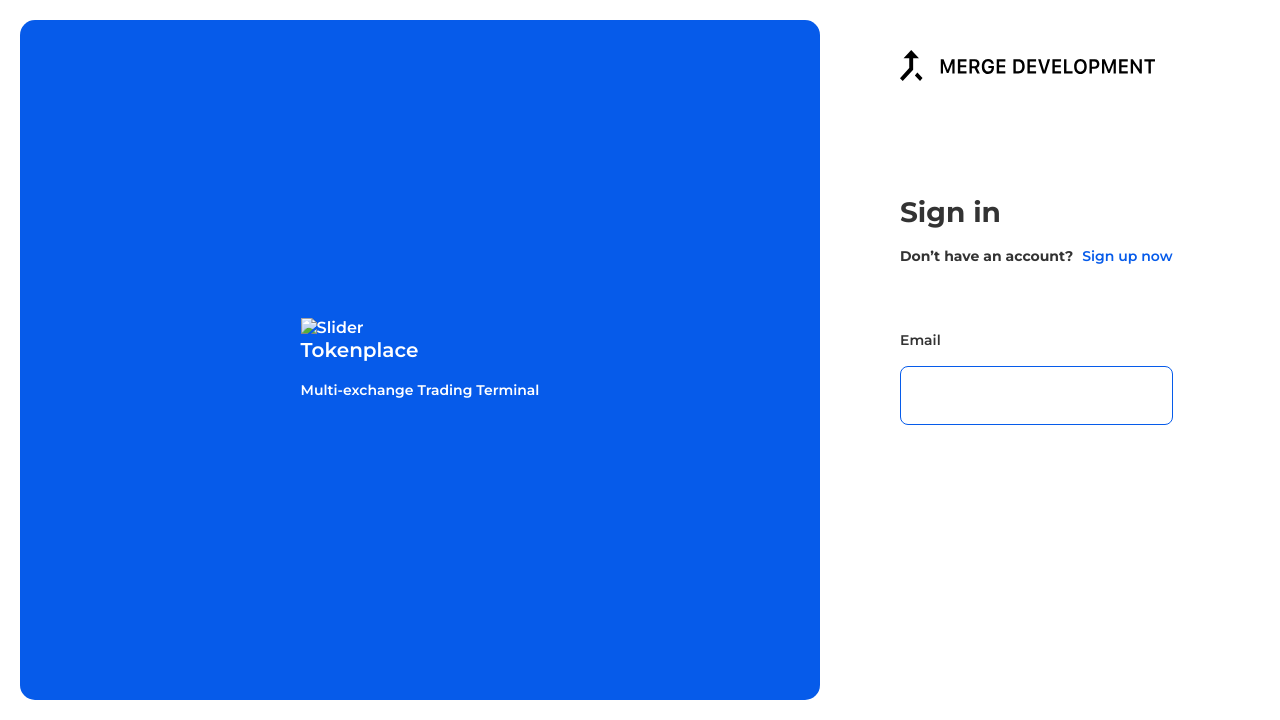
Repository: 13RedFox/form-project
Page: /
An editor plug-in stored every save of this project. The page is shown before and after the next save, followed by the edit.
The browser window is 1280 px wide. The pictures show the whole page.
The project was rebuilt for these pictures with package versions that can differ from the ones it lists, and the page was loaded fresh each time.

Above is the page before, as saved 2021-08-04 18:16:40.

### public/index.html
<!DOCTYPE html>
<html lang="en">

<head>
  <meta charset="utf-8" />
  <link rel="icon" href="%PUBLIC_URL%/favicon.ico" />
  <meta name="viewport" content="width=device-width, initial-scale=1" />
  <meta name="theme-color" content="#000000" />
  <meta name="description" content="Web site created using create-react-app" />
  <link rel="apple-touch-icon" href="%PUBLIC_URL%/logo192.png" />
  <link rel="manifest" href="%PUBLIC_URL%/manifest.json" />

  <title>Form Project</title>
  <link rel="preconnect" href="https://fonts.googleapis.com">
  <link rel="preconnect" href="https://fonts.gstatic.com" crossorigin>
  <link href="https://fonts.googleapis.com/css2?family=Montserrat:wght@600;700&display=swap" rel="stylesheet">
</head>

<body>
  <noscript>You need to enable JavaScript to run this app.</noscript>
  <div id="root"></div>
</body>

</html>

### src/index.js
import React from 'react';
import ReactDOM from 'react-dom';
import './index.scss';
import App from './components/App/App';

ReactDOM.render(
  <React.StrictMode>
    <App />
  </React.StrictMode>,
  document.getElementById('root')
);

### src/index.scss
* {
  margin: 0;
  padding: 0;
  box-sizing: border-box;
  font-family: 'Montserrat', -apple-system, BlinkMacSystemFont, 'Segoe UI', 'Roboto', 'Oxygen',
    'Ubuntu', 'Cantarell', 'Fira Sans', 'Droid Sans', 'Helvetica Neue', sans-serif;
  -webkit-font-smoothing: antialiased;
  -moz-osx-font-smoothing: grayscale;
}

### src/components/App/App.jsx
import React from 'react';
import Form from '../Form/Form';
import Slider from '../Slider/Slider';

import styles from './App.module.scss';

function App() {
  return (
    <div className={styles.wrapper}>
      <Slider />
      <Form />
    </div>
  );
}

export default App;

### src/components/Form/Form.jsx
import styles from './Form.module.scss';
import { ReactComponent as LogoIcon } from '../../assets/logo.svg';
import Input from '../Input/Input';

const Form = () => {
  return (
    <div className={styles.form}>
      <LogoIcon className={styles.icon} />
      <form action="#">
        <h1 className={styles.title}>Sign in</h1>
        <div className={styles.inner}>
          <p className={styles.text}>Don’t have an account?</p>
          <a href="#!" className={styles.signUp}>
            Sign up now
          </a>
        </div>
        <Input label="Email" type="email" />
      </form>
    </div>
  );
};

export default Form;

### src/components/Slider/Slider.jsx
import styles from './Slider.module.scss';

const Slider = () => {
  return (
    <div className={styles.slider}>
      <div className={styles.card}>
        <div className={styles.wrapperImg}>
          <img src="#" alt="Slider" />
        </div>
        <h2 className={styles.title}>Tokenplace</h2>
        <p className={styles.description}>Multi-exchange Trading Terminal</p>
      </div>
    </div>
  );
};

export default Slider;

### src/components/App/App.module.scss
.wrapper {
  max-width: 1440px;
  height: 100vh;
  display: flex;
  background-color: #fff;
  padding: 20px;
  margin: 0 auto;
}

### src/components/Form/Form.module.scss
.form {
  padding-top: 30px;
  color: #333333;
}

.icon {
  margin-bottom: 110px;
}

.title {
  font-weight: bold;
  font-size: 28px;
  line-height: 34px;
  margin-bottom: 15px;
}

.inner {
  display: flex;
  align-items: center;
  margin-bottom: 60px;
}

.text {
  font-weight: bold;
  font-size: 14px;
  line-height: 24px;
}

.signUp {
  display: flex;
  font-weight: 600;
  font-size: 14px;
  line-height: 24px;
  color: #065bea;
  margin-left: 9px;
  text-decoration: none;
  transition: color 0.15s ease-in-out;

  &:hover {
    color: #0a4ab6;
  }
}

### src/components/Input/Input.jsx
import styles from './Input.module.scss';

const Input = ({ type, label }) => {
  return (
    <label htmlFor="input" className={styles.label}>
      {label}
      <input type={type} className={styles.input} />
    </label>
  );
};

export default Input;

### src/components/Slider/Slider.module.scss
.slider {
  width: 800px;
  height: 100%;
  background: #065bea;
  border-radius: 15px;
  display: flex;
  justify-content: center;
  align-items: center;
  color: #fff;
  margin-right: 80px;
}

.title {
  font-weight: 600;
  font-size: 20px;
  line-height: 26px;
  margin-bottom: 15px;
}

.description {
  font-weight: 600;
  font-size: 14px;
  line-height: 24px;
}

### src/components/Input/Input.module.scss
.label {
  display: flex;
  flex-direction: column;
  font-weight: 600;
  font-size: 14px;
  line-height: 24px;
  color: #333;
}

.input {
  width: 100%;
  max-width: 420px;
  padding: 20px;

  color: #333;
  background: #ffffff;
  border: 1px solid #065bea;
  border-radius: 8px;

  font-weight: 600;
  font-size: 14px;
  line-height: 17px;
  margin-top: 14px;
}

After the next save:
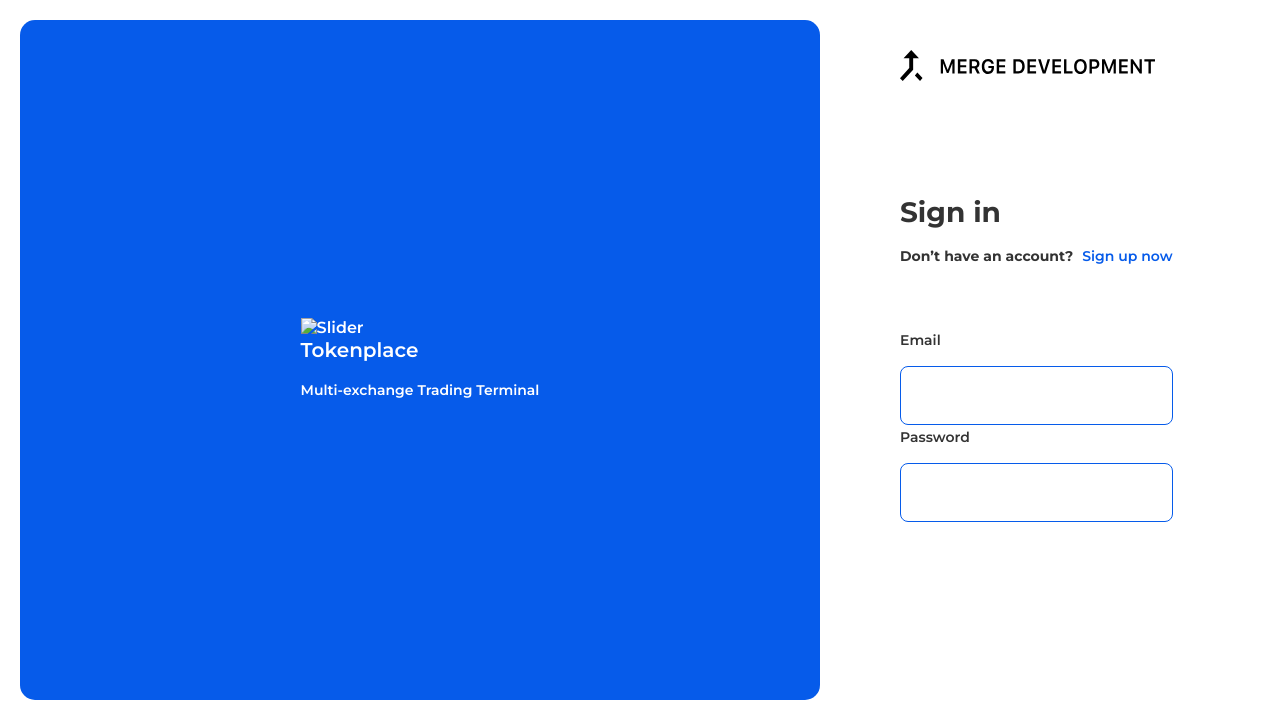
Saved 37 s later.
--- a/src/components/Form/Form.jsx
+++ b/src/components/Form/Form.jsx
@@ -15,6 +15,7 @@
           </a>
         </div>
         <Input label="Email" type="email" />
+        <Input label="Password" type="password" />
       </form>
     </div>
   );
